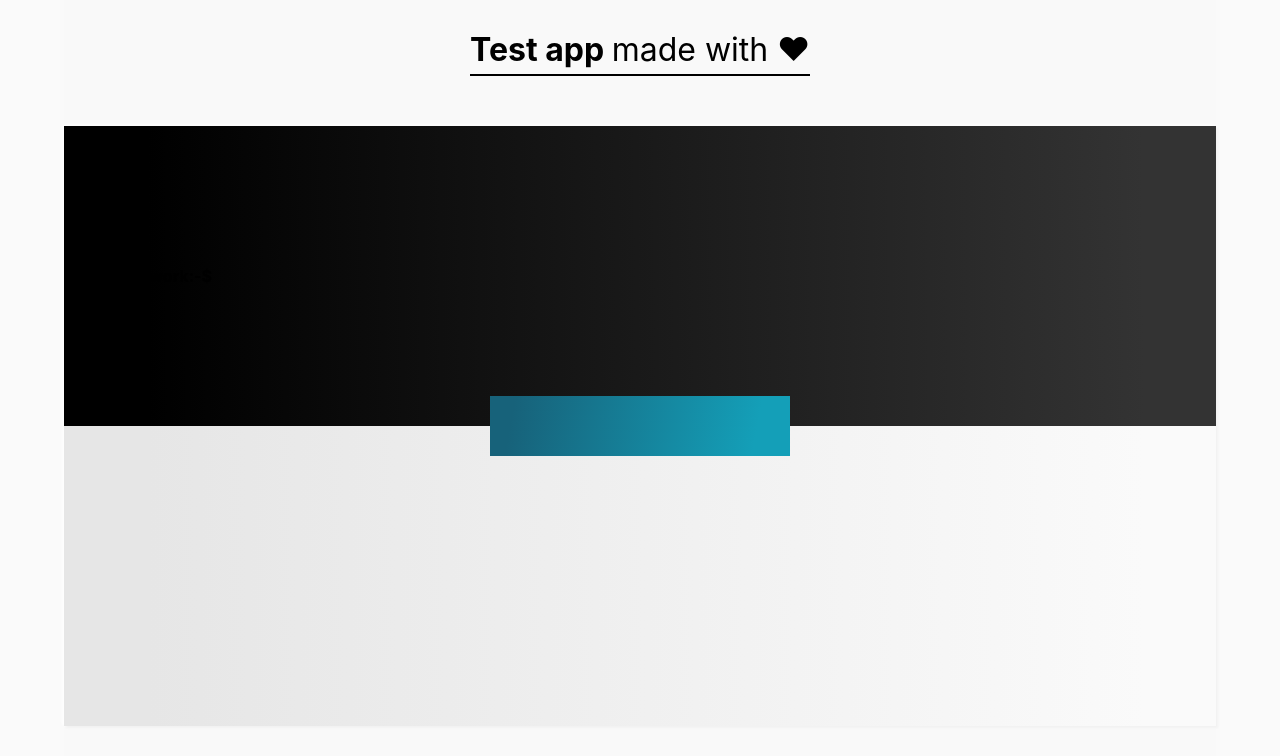
Repository: Khattak01/test-app
Page: /
These files come from the project's save history. The page is drawn as it stood at one moment and after the next save; the edit follows.
The browser window is 1280 px wide. The pictures show the whole page.
The project was rebuilt for these pictures with package versions that can differ from the ones it lists, and the page was loaded fresh each time.

Above is the page before, as saved 2021-05-12 08:14:14.

After the next save:
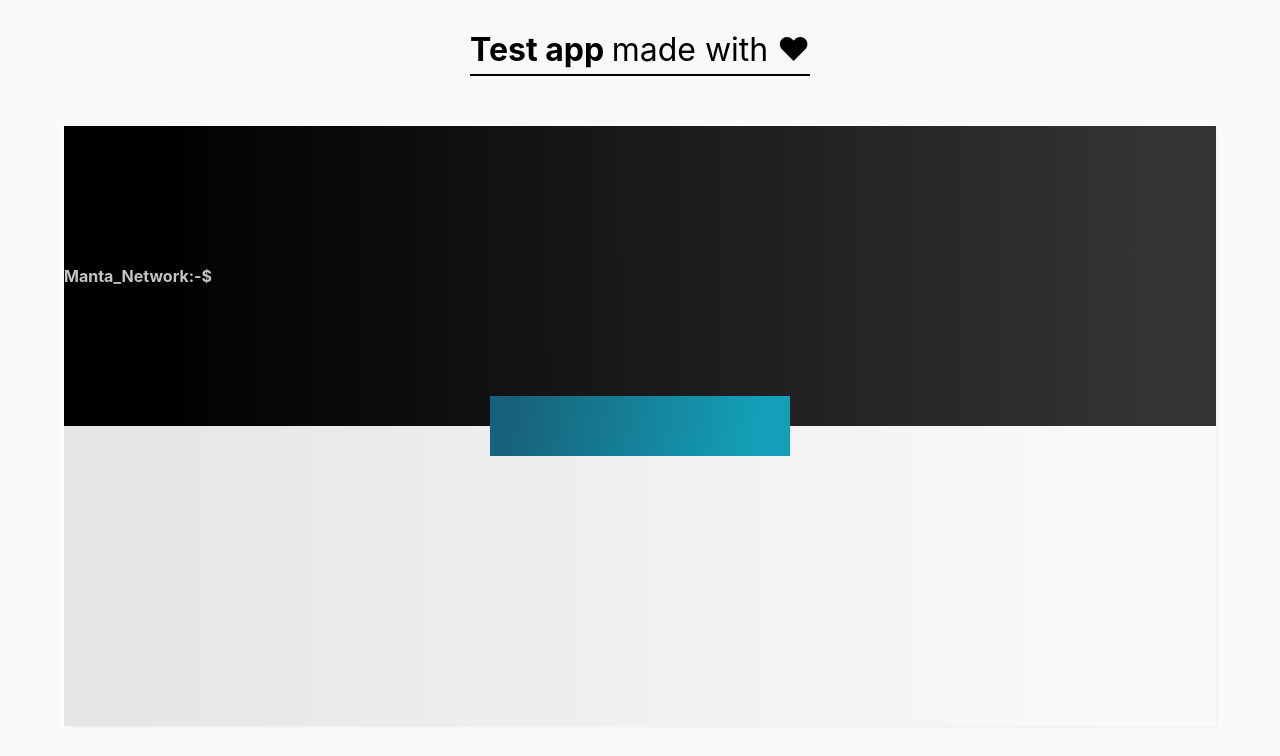
Saved 33 s later.
--- a/src/components/app/App.css
+++ b/src/components/app/App.css
@@ -46,5 +46,6 @@
 }
 
 .heading{
-  font-size:var(--font-heading)
+  font-size:var(--font-heading);
+  color: #c4c4c4;
 }
